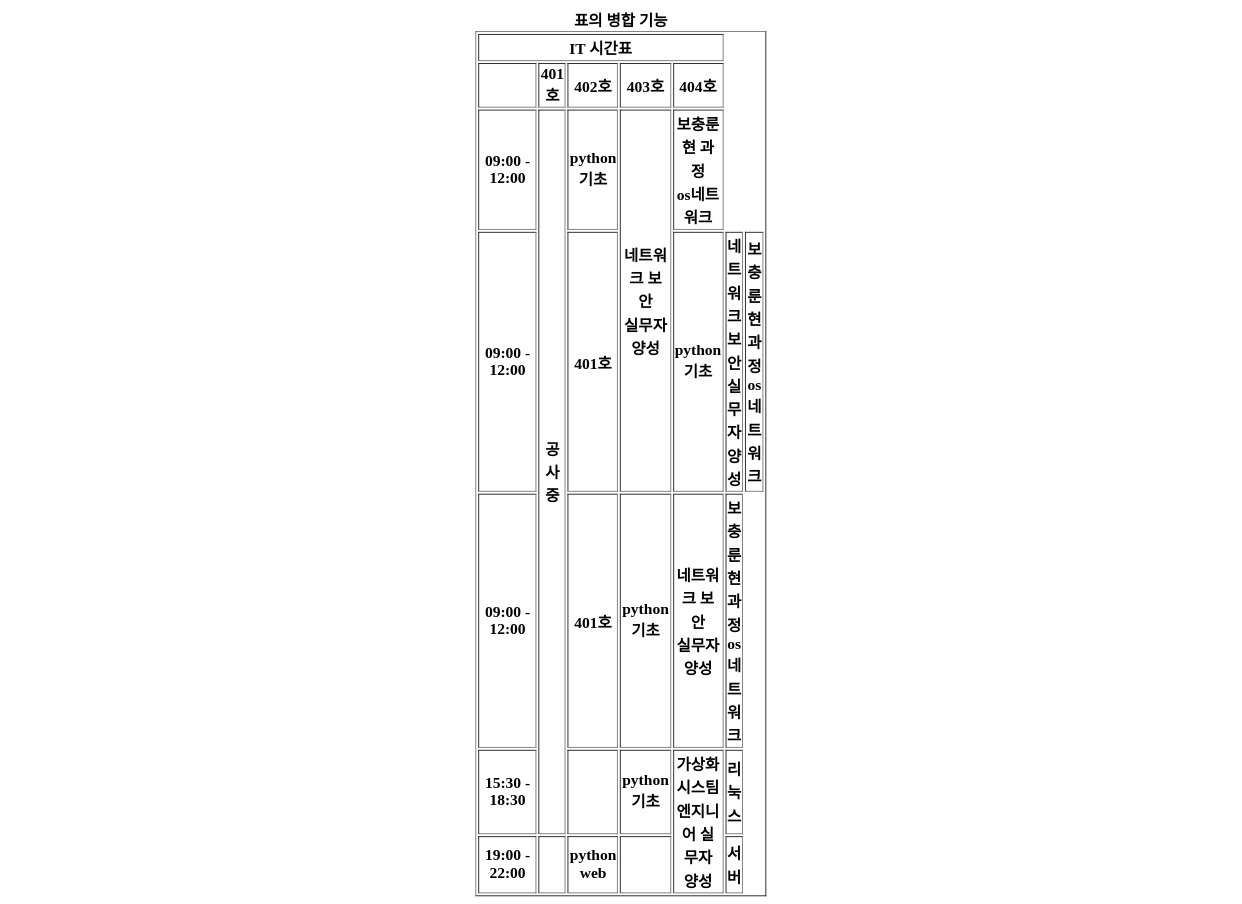
Repository: sika5382/jsp
Page: html/WebContent/NewFile1.html
The author's editor kept a copy of each file at every save. The page is drawn from the files as they stood at one save, then again after the next save.
The browser window is 1280 px wide. The pictures show the whole page, at 97% of full size.

Above is the page before, as saved 2020-10-29 06:07:40.

After the next save:
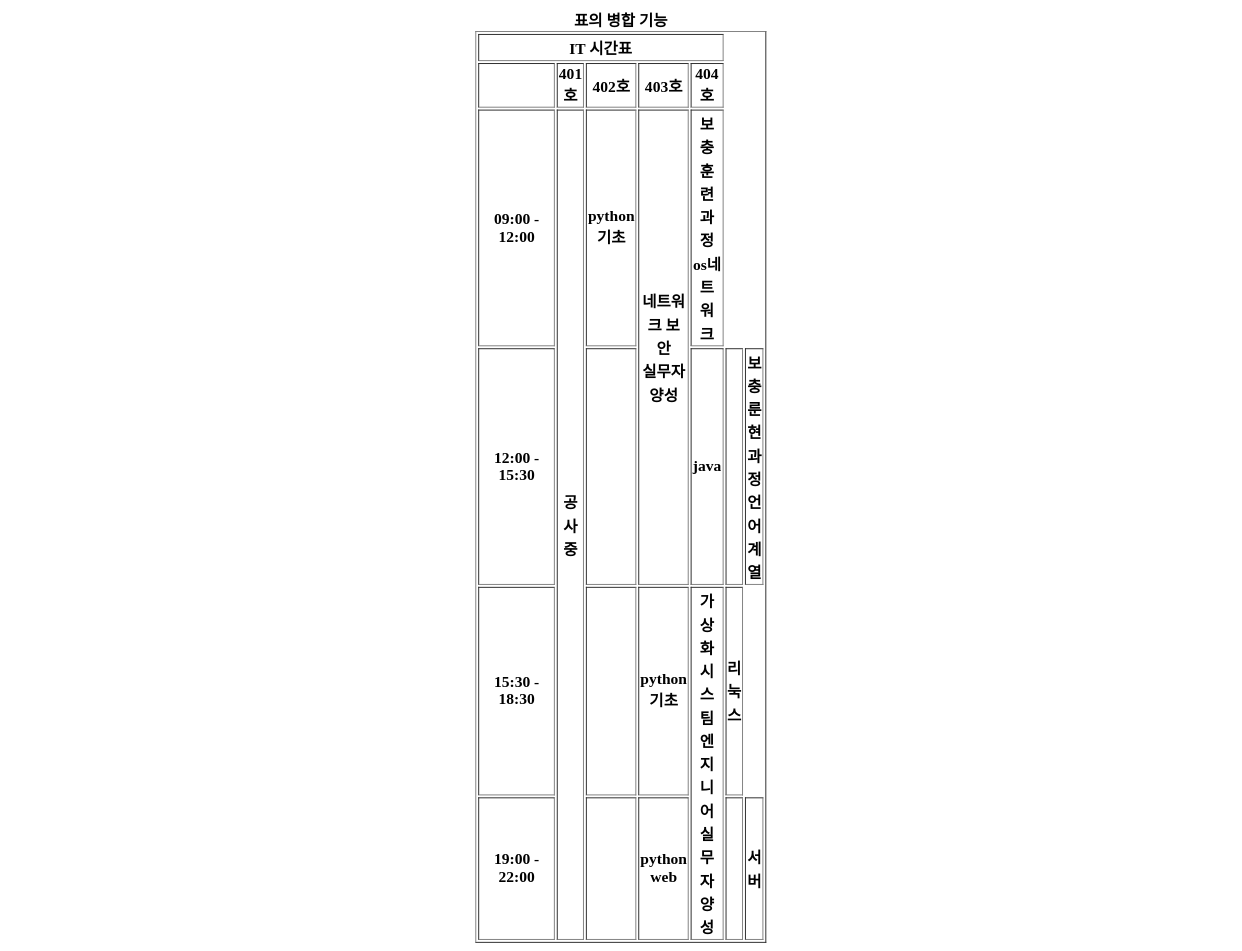
Saved 81 s later.
--- a/html/WebContent/NewFile1.html
+++ b/html/WebContent/NewFile1.html
@@ -28,24 +28,17 @@
 			<th rowspan="4">공<br>사<br>중</th>
 			<th>python 기초</th>
 			<th rowspan="2">네트워크 보안<br>실무자 양성</th>
-			<th>보충룬현 과정<br>os네트워크</th>
+			<th>보충훈련 과정<br>os네트워크</th>
 		</tr>
 
 		<tr>
-			<th width ="100">09:00 - 12:00</th>
-			<th >401호</th>
-			<th>python 기초</th>
-			<th >네트워크 보안<br>실무자 양성</th>
-			<th>보충룬현 과정<br>os네트워크</th>
+			<th width ="100">12:00 - 15:30</th>
+			<th ></th>
+			<th>java</th>
+			<th ></th>
+			<th>보충룬현 과정<br>언어계열</th>
 		</tr>
 
-		<tr>
-			<th width ="100">09:00 - 12:00</th>
-			<th >401호</th>
-			<th>python 기초</th>
-			<th >네트워크 보안<br>실무자 양성</th>
-			<th>보충룬현 과정<br>os네트워크</th>
-		</tr>
 
 		<tr>
 			<th width ="100">15:30 - 18:30</th>
